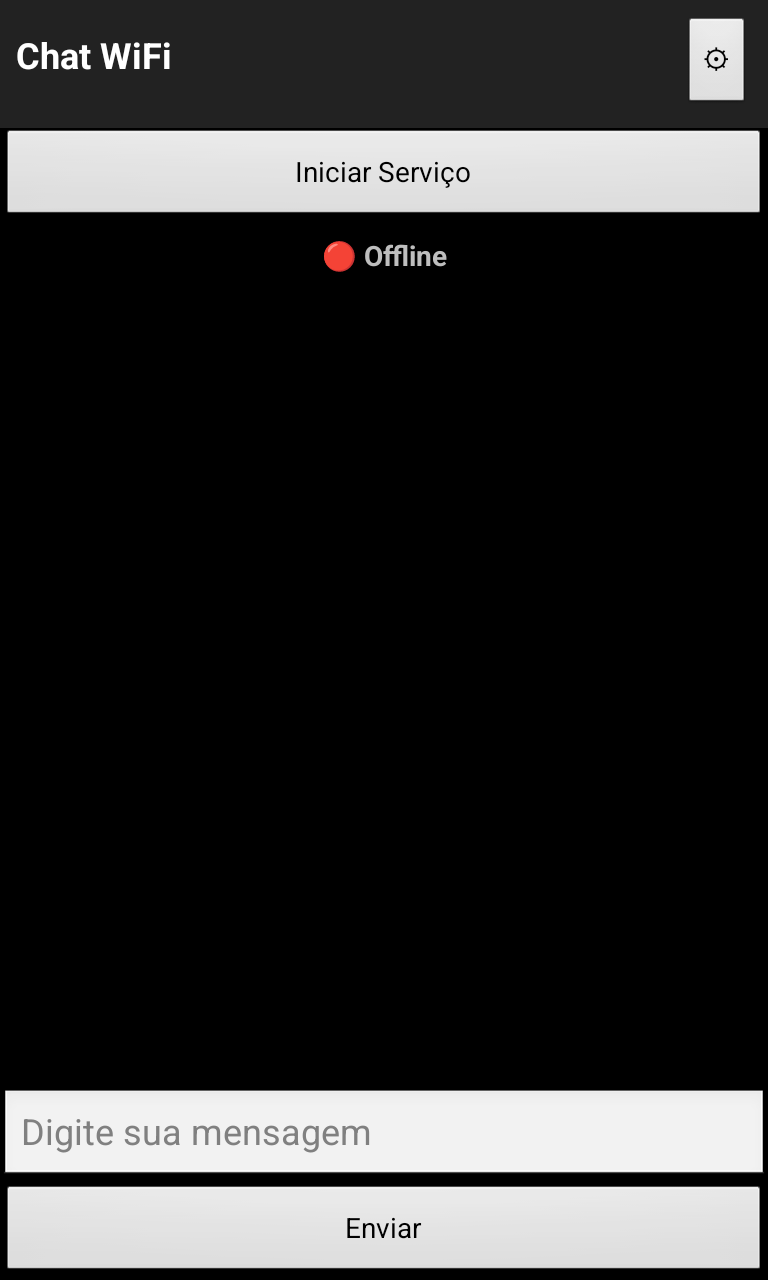
Repository: JoelmirMoura/AppMensagem
Layout: Mensagem/res/layout/main.xml
An editor plug-in stored every save of this project. The layout is shown before and after the next save, followed by the edit.
It is drawn on a 768 x 1280 px phone screen (xhdpi) without system bars, with theme android:Theme; the app's code is not run.

Above is the layout before, as saved 2026-04-27 13:55:19.

### Mensagem/res/layout/main.xml
<LinearLayout xmlns:android="http://schemas.android.com/apk/res/android"
    android:orientation="vertical"
    android:layout_width="fill_parent"
    android:layout_height="fill_parent">

    <!-- 🔥 BARRA SUPERIOR -->
    <LinearLayout
        android:layout_width="fill_parent"
        android:layout_height="wrap_content"
        android:background="#222222"
        android:padding="8dp"
        android:orientation="horizontal">

        <TextView
            android:id="@+id/txtTitulo"
            android:layout_width="0dp"
            android:layout_weight="1"
            android:layout_height="wrap_content"
            android:text="Chat WiFi"
            android:textColor="#FFFFFF"
            android:textSize="18sp"
            android:textStyle="bold"/>

        <Button
            android:id="@+id/btnConfig"
            android:layout_width="wrap_content"
            android:layout_height="wrap_content"
            android:text="⚙"/>
    </LinearLayout>

    <!-- BOTÃO SERVIDOR -->
    <Button
        android:id="@+id/btnServidor"
        android:layout_width="fill_parent"
        android:layout_height="wrap_content"
        android:text="Iniciar Serviço" />

    <!-- STATUS -->
    <TextView
        android:id="@+id/txtStatus"
        android:layout_width="fill_parent"
        android:layout_height="wrap_content"
        android:text="🔴 Offline"
        android:gravity="center"
        android:padding="6dp"
        android:textStyle="bold" />

    <!-- CHAT -->
    <ScrollView
        android:id="@+id/scrollChat"
        android:layout_width="fill_parent"
        android:layout_height="0dp"
        android:layout_weight="1">

        <LinearLayout
            android:id="@+id/chatContainer"
            android:layout_width="fill_parent"
            android:layout_height="wrap_content"
            android:orientation="vertical"
            android:padding="10dp"/>
    </ScrollView>

    <!-- DIGITAR -->
    <EditText
        android:id="@+id/editMensagem"
        android:layout_width="fill_parent"
        android:layout_height="wrap_content"
        android:hint="Digite sua mensagem"
        android:singleLine="true"/>

    <!-- ENVIAR -->
    <Button
        android:id="@+id/btnEnviar"
        android:layout_width="fill_parent"
        android:layout_height="wrap_content"
        android:text="Enviar" />

</LinearLayout>

After the next save:
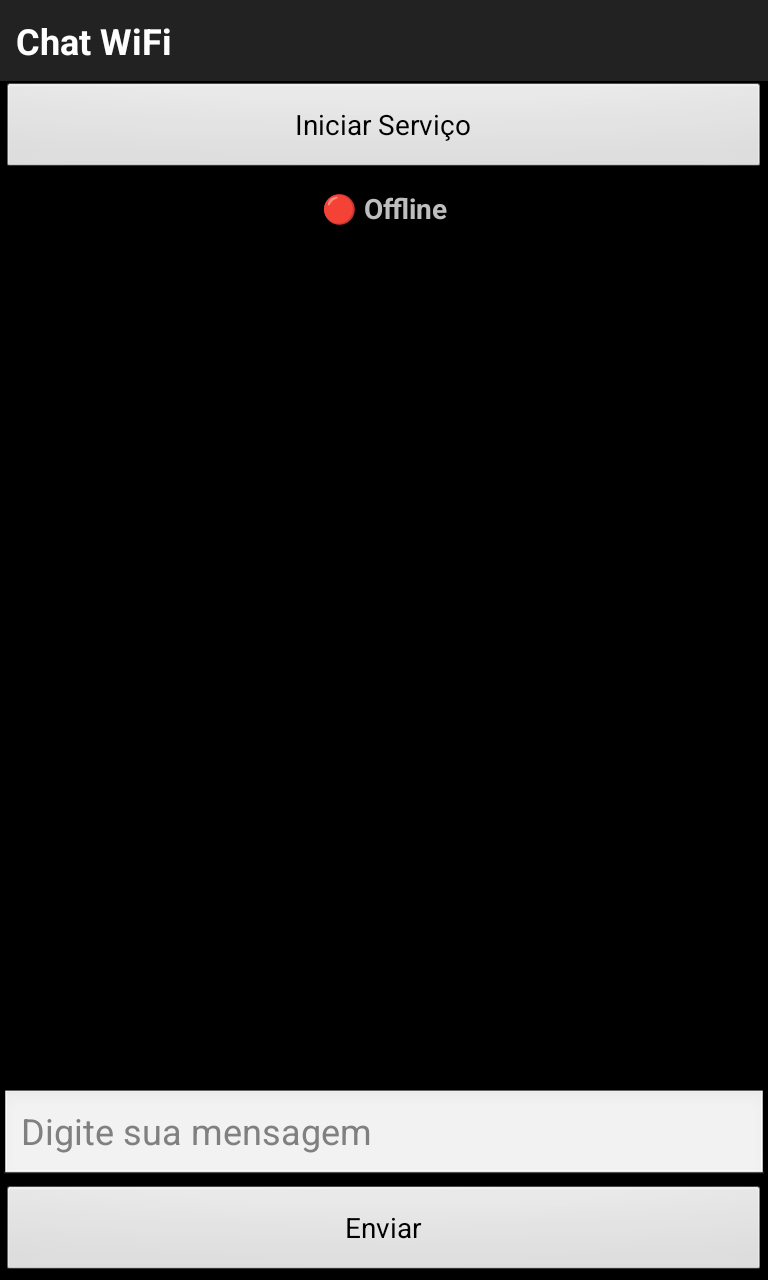
Saved 5 min 52 s later.
--- a/Mensagem/res/layout/main.xml
+++ b/Mensagem/res/layout/main.xml
@@ -21,11 +21,7 @@
             android:textSize="18sp"
             android:textStyle="bold"/>
 
-        <Button
-            android:id="@+id/btnConfig"
-            android:layout_width="wrap_content"
-            android:layout_height="wrap_content"
-            android:text="⚙"/>
+       btnConfig
     </LinearLayout>
 
     <!-- BOTÃO SERVIDOR -->

After the save that followed:
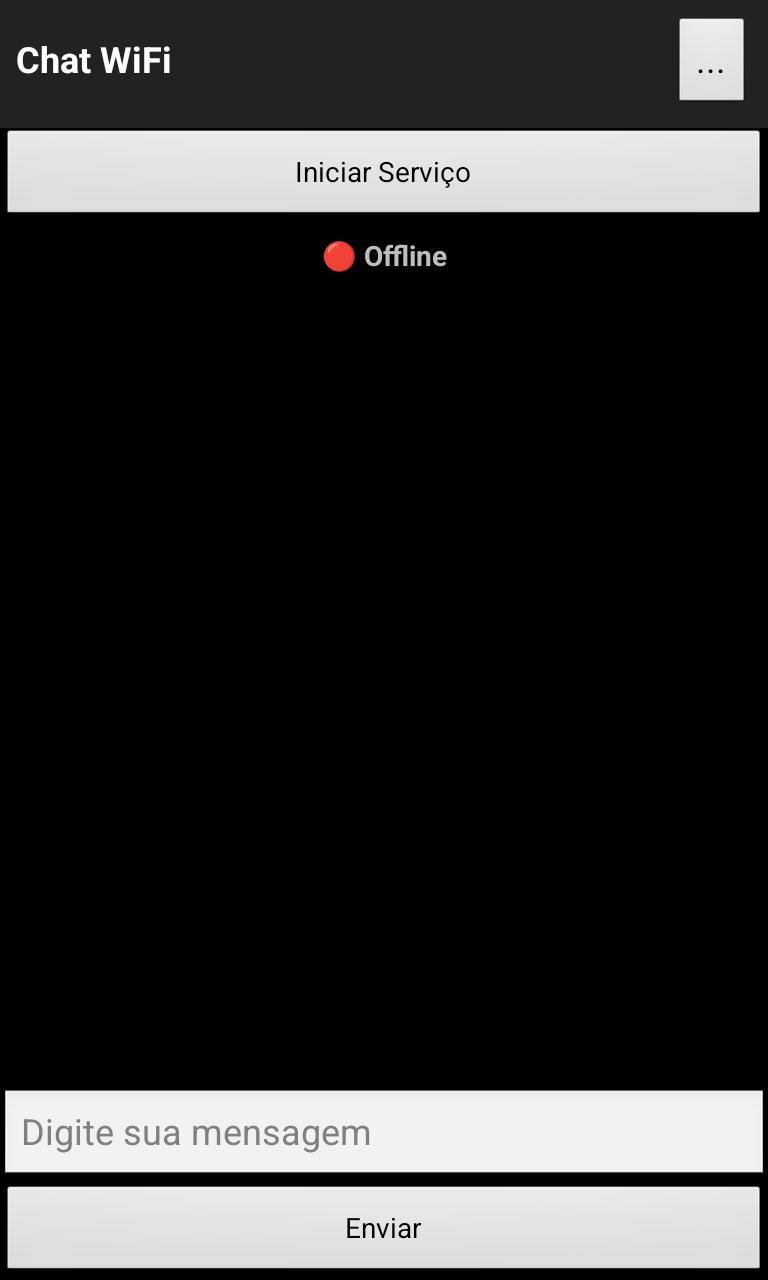
Saved 44 s later.
--- a/Mensagem/res/layout/main.xml
+++ b/Mensagem/res/layout/main.xml
@@ -21,7 +21,12 @@
             android:textSize="18sp"
             android:textStyle="bold"/>
 
-       btnConfig
+       <Button
+    		android:id="@+id/btnConfig"
+    		android:layout_width="40dp"
+    		android:layout_height="wrap_content"
+    		android:text="..."
+    		android:textSize="18sp"/>
     </LinearLayout>
 
     <!-- BOTÃO SERVIDOR -->
